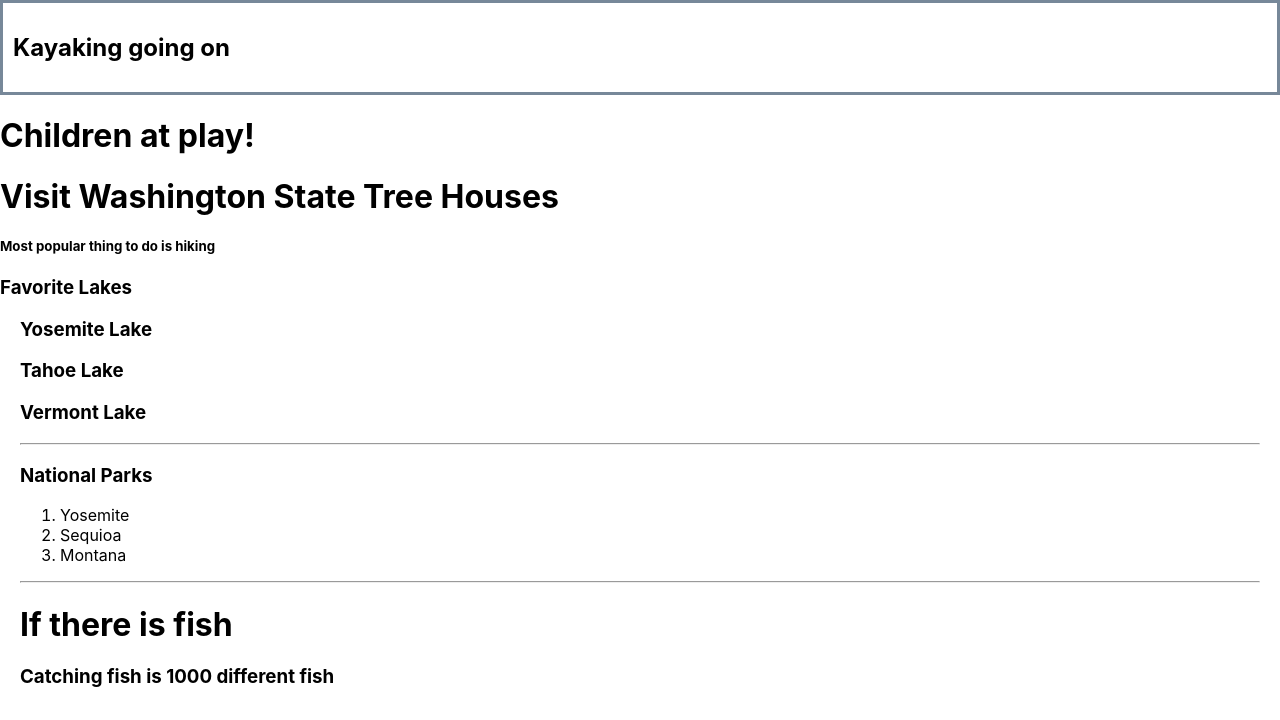
Repository: CaptainStorm21/intro-react-hooks
Page: /
These files come from the project's save history. The page is drawn as it stood at one moment and after the next save; the edit follows.
The browser window is 1280 px wide. The pictures show the whole page.
The project was rebuilt for these pictures with package versions that can differ from the ones it lists, and the page was loaded fresh each time. Also part of the build but not shown: src/App.css.

Above is the page before, as saved 2020-05-27 00:10:01.

After the next save:
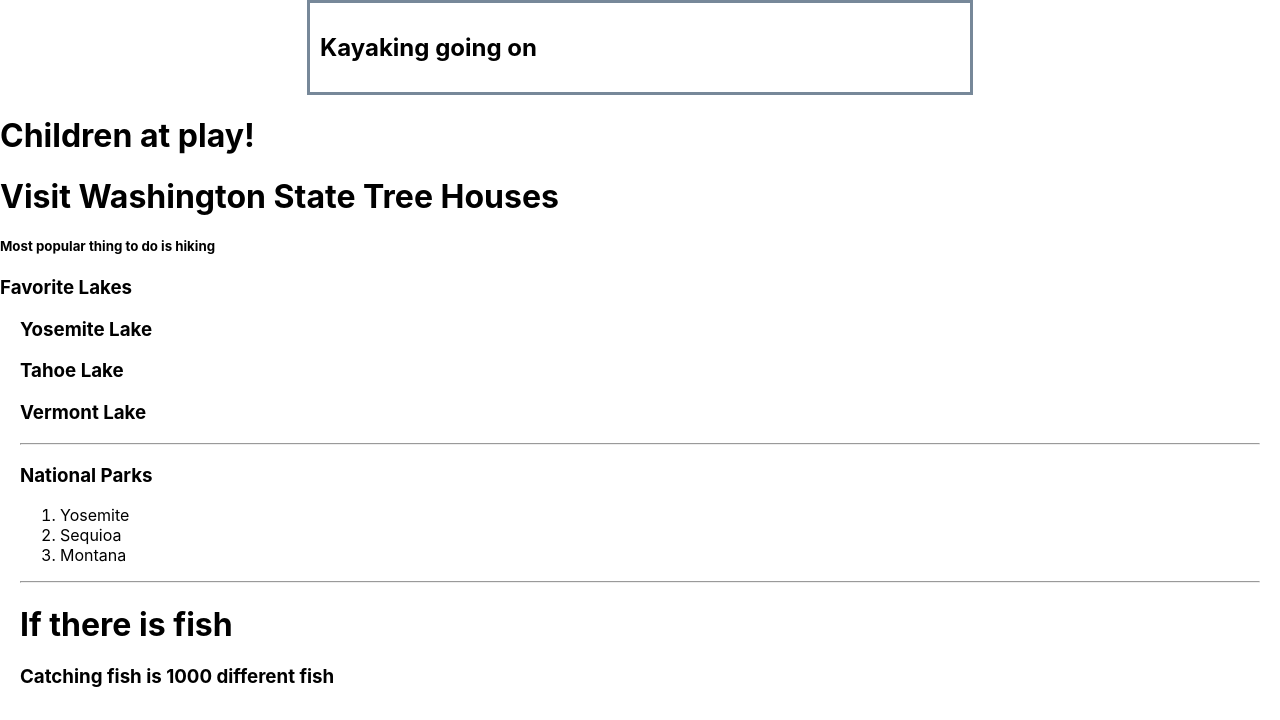
Saved 26 s later.
--- a/src/index.css
+++ b/src/index.css
@@ -19,5 +19,7 @@ code {
 
 .div-style{
   padding: 10px;
-  border: 3px solid lightslategray
+  border: 3px solid lightslategray;
+  width: 50%;
+  margin: 0 auto;
 }
